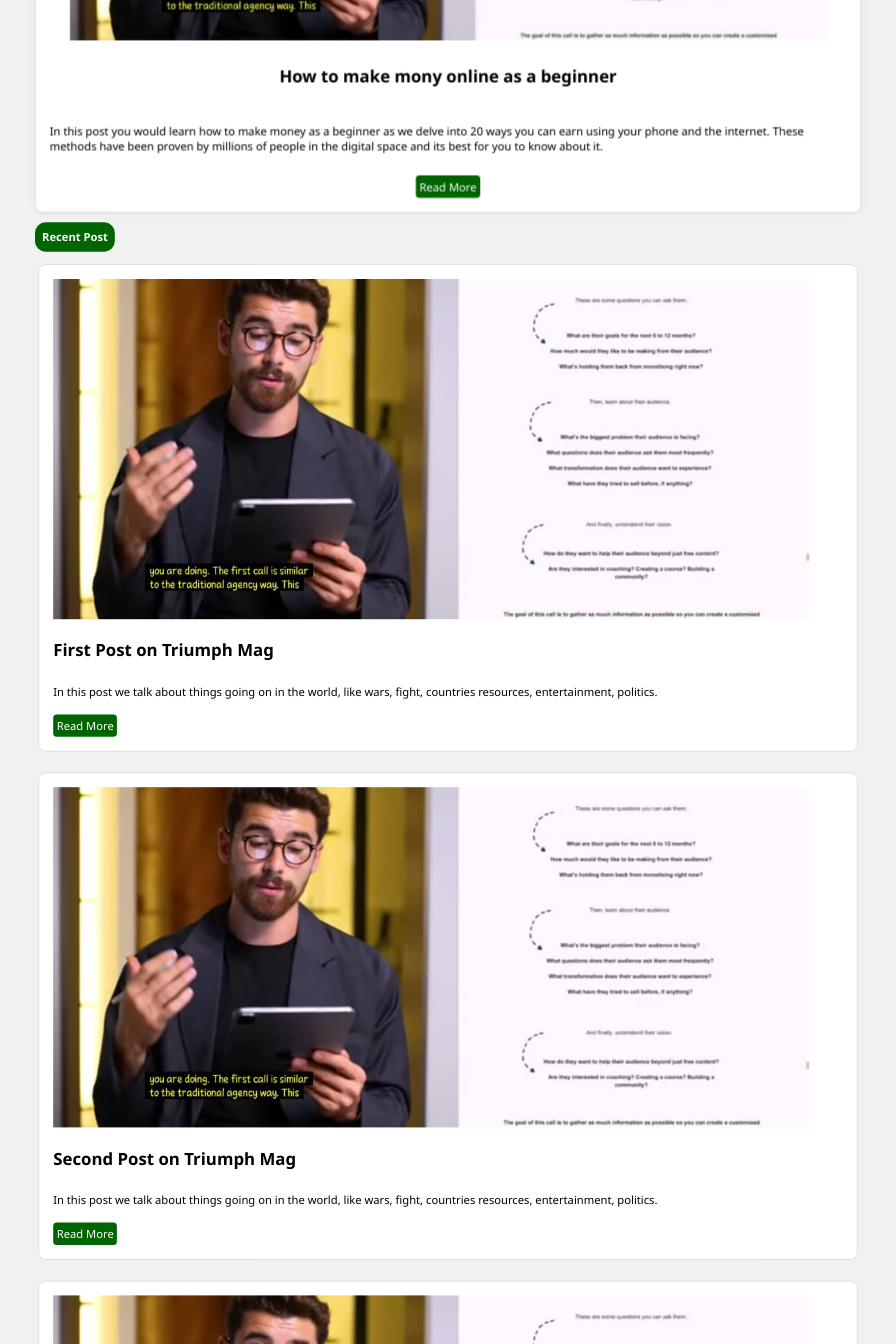
Repository: zikcolle/Triumph-Blog
Page: index.html
These files come from the project's save history. The page is drawn as it stood at one moment and after a run of saves; the edit follows.
The browser window is 1280 px wide. The pictures show the part of the page from y = 612 to 2532 px (the page is 5688 px tall before and 5678 px after), at 70% of full size.

Above is the page before, as saved 2026-06-22 14:57:27.

After the next 2 saves:
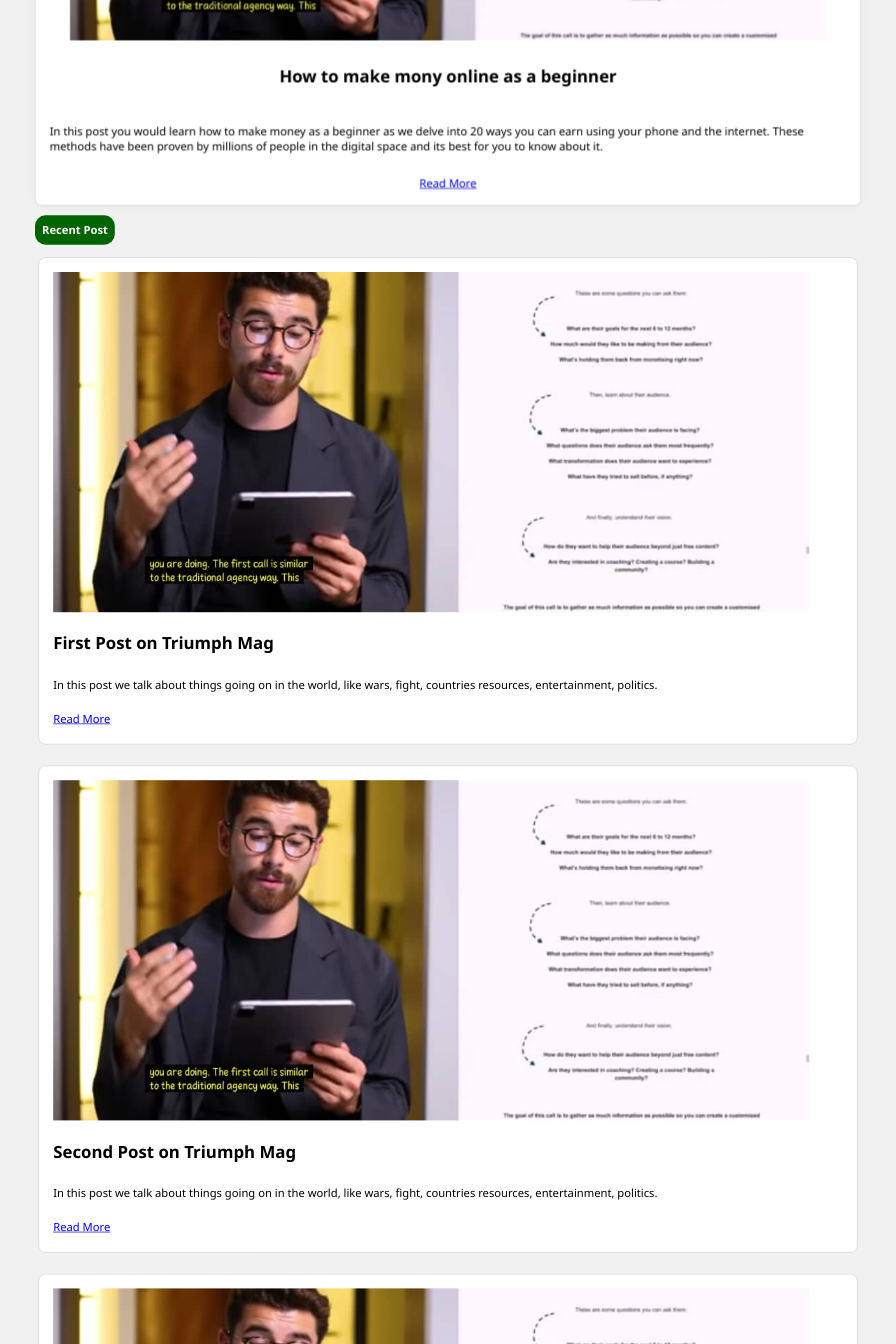
The 2 saves are shown as one change because they came seconds apart.
The last was saved 7 s later.
--- a/styles.css
+++ b/styles.css
@@ -120,7 +120,7 @@ img, svg, video, canvas, iframe {
     justify-content: center;
 }
 
-
+@media
 
 .read-more {
     background-color: rgb(0, 101, 0);
